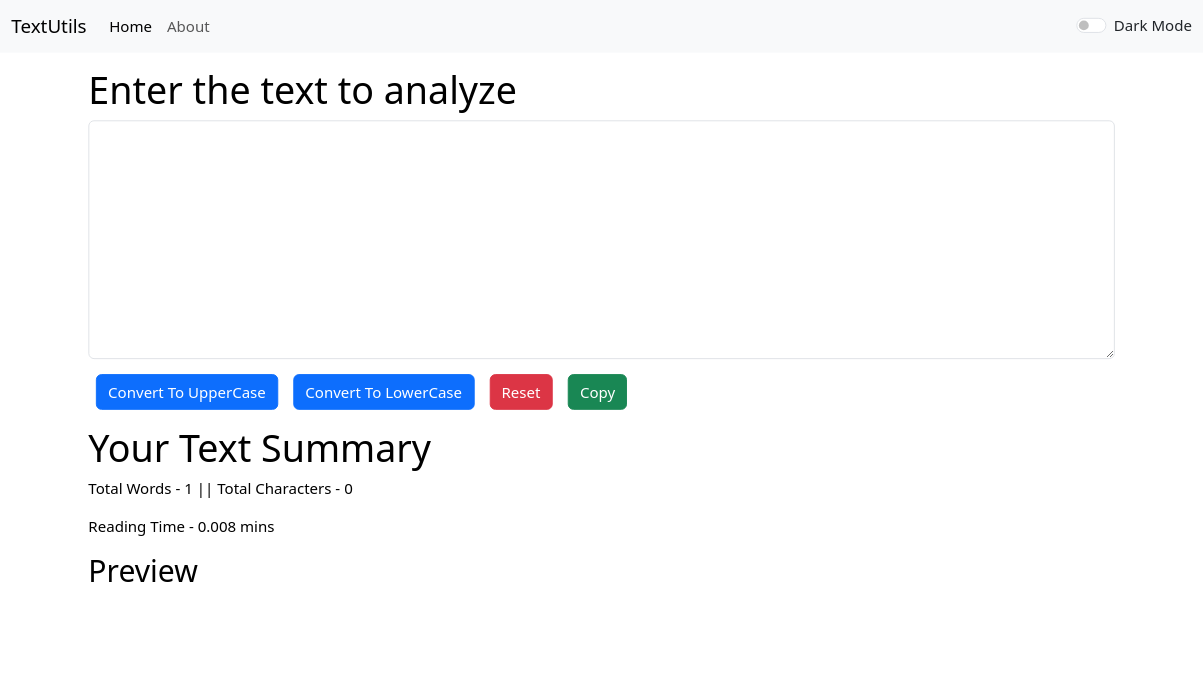
Repository: Rohit-foryou/Text-Utils
Page: /
An editor plug-in stored every save of this project. The page is shown before and after the next save, followed by the edit.
The browser window is 1280 px wide. The pictures show the whole page, at 94% of full size.
The project was rebuilt for these pictures with package versions that can differ from the ones it lists, and the page was loaded fresh each time. A package was used in the major version that the imports need, not the one package.json lists. Also part of the build but not shown: src/index.css, src/App.css.

Above is the page before, as saved 2023-12-21 14:48:30.

### public/index.html
<!DOCTYPE html>
<html lang="en">
  <head>
    <meta charset="utf-8" />
    <link rel="icon" href="%PUBLIC_URL%/favicon.ico" />
    <meta name="viewport" content="width=device-width, initial-scale=1" />
    <meta name="theme-color" content="#000000" />
    <meta
      name="description"
      content="TextUtils is a utility which can be used to manipulate your text the way you want"
    />
    <link rel="apple-touch-icon" href="%PUBLIC_URL%/favicon.png" />
    <link rel="manifest" href="%PUBLIC_URL%/manifest.json" />

    <!-- Bootstrap CSS -->
    <link href="https://cdn.jsdelivr.net/npm/bootstrap@5.3.2/dist/css/bootstrap.min.css" rel="stylesheet" integrity="sha384-T3c6CoIi6uLrA9TneNEoa7RxnatzjcDSCmG1MXxSR1GAsXEV/Dwwykc2MPK8M2HN" crossorigin="anonymous">

    <title>Text Utils</title>
  </head>
  <body>
    <noscript>You need to enable JavaScript to run this app.</noscript>
    <div id="root"></div>

    <script src="https://cdn.jsdelivr.net/npm/bootstrap@5.3.2/dist/js/bootstrap.bundle.min.js" integrity="sha384-C6RzsynM9kWDrMNeT87bh95OGNyZPhcTNXj1NW7RuBCsyN/o0jlpcV8Qyq46cDfL" crossorigin="anonymous"></script>
  </body>
</html>

### src/App.js
import "./App.css";
// import About from "./components/About";
import Navbar from "./components/Navbar";
import TextForm from "./components/TextForm";
import React, {useState} from "react";


function App() {
  const [mode, setMode] = useState('light');
  const toggleMode = ()=>{
      if(mode === 'light'){
        setMode('dark');
        document.body.style.backgroundColor = '#042743';
      }
      else{
        setMode('light');
        document.body.style.backgroundColor = 'white';
      }
  }
  return (
    <>
      <Navbar title = "TextUtils" aboutText = "About" mode={mode} toggleMode = {toggleMode}/>
      <div className="container my-3">
      <TextForm heading = "Enter the text to analyze" mode={mode}/>
      {/* <About/> */}
      </div>
    </>
  );
}

export default App;

### src/components/Navbar.js
import React from 'react'
import PropTypes from 'prop-types'


export default function Navbar(props) {
  return (
    <nav className={`navbar navbar-expand-lg navbar-${props.mode} bg-${props.mode}`}>
        <div className="container-fluid">
          <a className="navbar-brand" href="/">{props.title}</a>
          <button className="navbar-toggler" type="button" data-bs-toggle="collapse" data-bs-target="#navbarSupportedContent" aria-controls="navbarSupportedContent" aria-expanded="false" aria-label="Toggle navigation">
            <span className="navbar-toggler-icon"></span>
          </button>
          <div className="collapse navbar-collapse" id="navbarSupportedContent">
            <ul className="navbar-nav me-auto mb-2 mb-lg-0">
              <li className="nav-item">
                <a className="nav-link active" aria-current="page" href="/">Home</a>
              </li>
              <li className="nav-item">
                <a className="nav-link" href="/">{props.aboutText}</a>
              </li>
            </ul>
            {/* <form className="d-flex" role="search">
              <input className="form-control me-2" type="search" placeholder="Search" aria-label="Search"/>
              <button className="btn btn-primary" type="submit">Search</button>
            </form> */}
              <div className={`form-check form-switch text-${props.mode==='light'?'dark':'light'}`}>
              <input className="form-check-input" onClick={props.toggleMode} type="checkbox" role="switch" id="flexSwitchCheckDefault"/>
              <label className="form-check-label" htmlFor="flexSwitchCheckDefault">Dark Mode</label>
            </div>
          </div>
        </div>
      </nav>
  )
}

Navbar.propTypes = {title: PropTypes.string.isRequired,
                     AboutText: PropTypes.string}

// Navbar.defaultProps = {
//     title: 'write title',
//     aboutText: 'About',
// }

### src/components/TextForm.js
import React, {useState} from 'react'


export default function TextForm(props) {
  const handleUpClick = ()=>{
      // console.log("uppercase is clicked" + text)
      let newText =  text.toUpperCase();
      setText(newText)
  }
  const handleLowClick = ()=>{
      let newText =  text.toLowerCase();
      setText(newText)
  }
  const handleClearClick = ()=>{
      let newText =  '';
      setText(newText)
  }
  const handleCopyClick = () => {
    var text = document.getElementById("myBox");
    text.select();
    navigator.clipboard.writeText(text.value)
  };
  const handleOnChange = (event)=>{
      // console.log("On change")
      setText(event.target.value)
  }
  const [text, setText] = useState('');
  return (
    <>
    <div className='container' style={{color: props.mode==='dark'?'white':'black'}}>
        <h1>{props.heading}</h1>
        <div className="mb-3">
        <textarea className="form-control" value = {text} onChange={handleOnChange} style={{backgroundColor: props.mode==='dark'?'grey':'white', color: props.mode==='dark'?'white':'#042743' }} id="myBox" rows="10"></textarea>
        </div>
        <button className="btn btn-primary


        mx-2" onClick={handleUpClick}>Convert To UpperCase</button>
        <button className="btn btn-primary


        mx-2" onClick={handleLowClick}>Convert To LowerCase</button>
        <button className="btn btn-danger mx-2" onClick={handleClearClick}>Reset</button>
        <button className="btn btn-success mx-2" onClick={handleCopyClick}>Copy</button>
    </div>
    <div className="container my-3" style={{color: props.mode==='dark'?'white':'black'}}>
      <h1>Your Text Summary</h1>
      <p>Total Words - {text.split(" ").length} ||  Total Characters - {text.length}</p>
      <p>Reading Time - {0.008*text.split(" ").length} mins  </p>
      <h2>Preview</h2>
      <p>{text}</p>
    </div>
    </>
  )
}

### src/components/About.js
import React, { useState } from 'react'

export default function About() {

    const [myStyle, setMyStyle] = useState({
        color: 'black',
        backgroundColor: 'white'
    });

    const [btntext, setBtnText] = useState("Enable Dark Mode");

    const toggleStyle = ()=>{
        if(myStyle.color === 'black'){
            setMyStyle({
                color: 'white',
                backgroundColor: 'black'
            })
            setBtnText("Enable Light Mode")
        }
        else{
            setMyStyle({
                color: 'black',
                backgroundColor: 'white'
            })
            setBtnText("Enable Dark Mode")
        }
    }

  return (
    <div className='container' style={myStyle}>
        <h1 className = "my-3">About Us</h1>
      <div className="accordion" id="accordionExample" style={myStyle}>
            <div className="accordion-item">
                <h2 className="accordion-header">
                <button className="accordion-button" type="button"  style={myStyle} data-bs-toggle="collapse" data-bs-target="#collapseOne" aria-expanded="true" aria-controls="collapseOne">
                    Accordion Item #1
                </button>
                </h2>
                <div id="collapseOne" className="accordion-collapse collapse show" data-bs-parent="#accordionExample">
                <div className="accordion-body" style={myStyle}>
                    <strong>This is the first item's accordion body.</strong> It is shown by default, until the collapse plugin adds the appropriate classes that we use to style each element. These classes control the overall appearance, as well as the showing and hiding via CSS transitions. You can modify any of this with custom CSS or overriding our default variables. It's also worth noting that just about any HTML can go within the <code>.accordion-body</code>, though the transition does limit overflow.
                </div>
                </div>
            </div>
            <div className="accordion-item">
                <h2 className="accordion-header">
                <button className="accordion-button collapsed"  style={myStyle} type="button" data-bs-toggle="collapse" data-bs-target="#collapseTwo" aria-expanded="false" aria-controls="collapseTwo">
                    Accordion Item #2
                </button>
                </h2>
                <div id="collapseTwo" className="accordion-collapse collapse" data-bs-parent="#accordionExample">
                <div className="accordion-body" style={myStyle}>
                    <strong>This is the second item's accordion body.</strong> It is hidden by default, until the collapse plugin adds the appropriate classes that we use to style each element. These classes control the overall appearance, as well as the showing and hiding via CSS transitions. You can modify any of this with custom CSS or overriding our default variables. It's also worth noting that just about any HTML can go within the <code>.accordion-body</code>, though the transition does limit overflow.
                </div>
                </div>
            </div>
            <div className="accordion-item">
                <h2 className="accordion-header">
                <button className="accordion-button collapsed"  style={myStyle} type="button" data-bs-toggle="collapse" data-bs-target="#collapseThree" aria-expanded="false" aria-controls="collapseThree">
                    Accordion Item #3
                </button>
                </h2>
                <div id="collapseThree" className="accordion-collapse collapse"  data-bs-parent="#accordionExample">
                <div className="accordion-body" style={myStyle}>
                    <strong>This is the third item's accordion body.</strong> It is hidden by default, until the collapse plugin adds the appropriate classes that we use to style each element. These classes control the overall appearance, as well as the showing and hiding via CSS transitions. You can modify any of this with custom CSS or overriding our default variables. It's also worth noting that just about any HTML can go within the <code>.accordion-body</code>, though the transition does limit overflow.
                </div>
                </div>
            </div>
        </div>
        <div className="container my-3">
        <button onClick={toggleStyle} type="button" className="btn btn-primary" >{btntext}</button>
        </div>
    </div>
  )
}

Loaded but not shown: src/index.js (common file); src/reportWebVitals.js (common file)

After the next save:
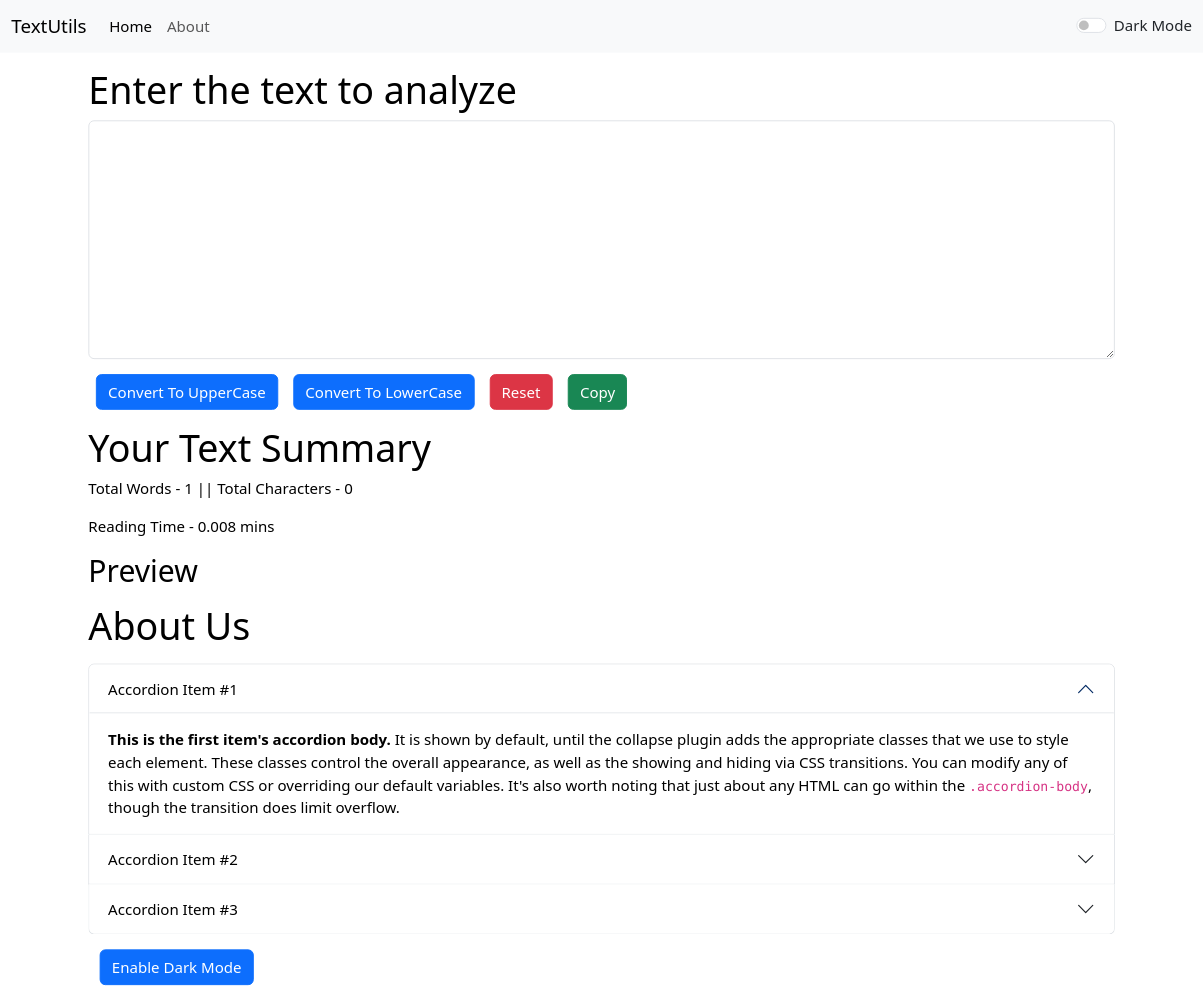
Saved 8 min 3 s later.
--- a/src/App.js
+++ b/src/App.js
@@ -2,7 +2,14 @@
 // import About from "./components/About";
 import Navbar from "./components/Navbar";
 import TextForm from "./components/TextForm";
+import About from "./components/About";
 import React, {useState} from "react";
+import {
+  BrowserRouter as Router,
+  Switch,
+  Route,
+  Link
+} from "react-router-dom";
 
 
 function App() {
@@ -22,7 +29,7 @@
       <Navbar title = "TextUtils" aboutText = "About" mode={mode} toggleMode = {toggleMode}/>
       <div className="container my-3">
       <TextForm heading = "Enter the text to analyze" mode={mode}/>
-      {/* <About/> */}
+      <About/>
       </div>
     </>
   );

After the 2 saves that followed:
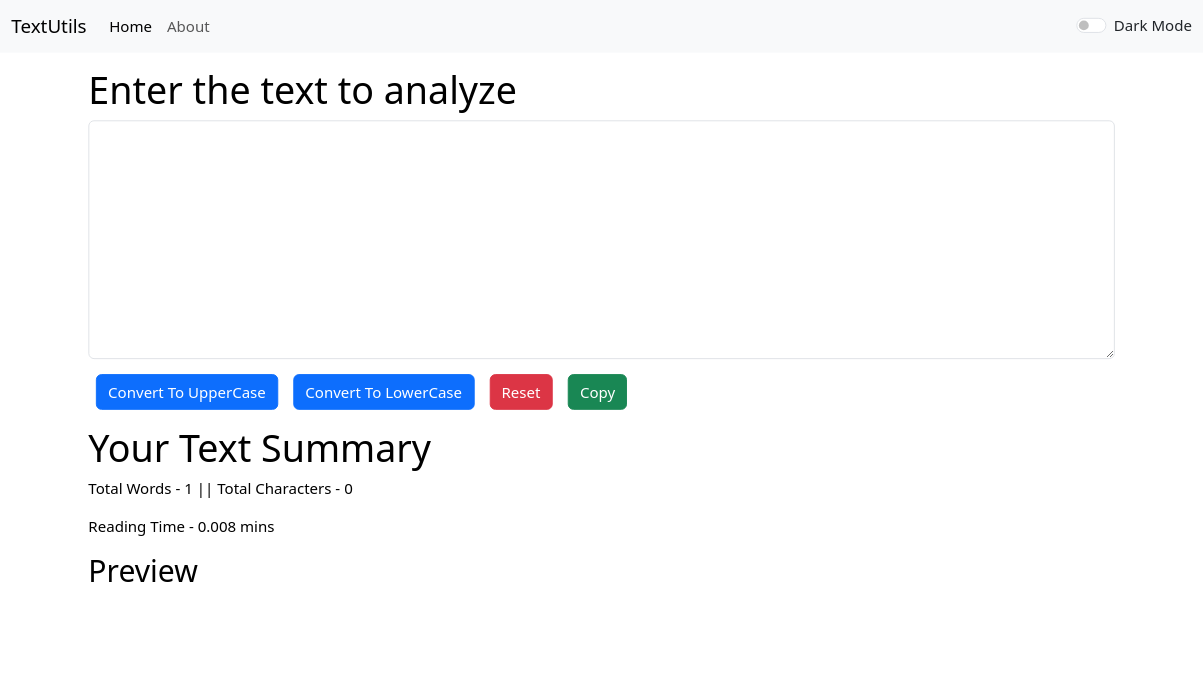
The 2 saves are shown as one change because 1 did not build or start.
The last was saved 4 min 11 s later.
--- a/src/App.js
+++ b/src/App.js
@@ -26,11 +26,20 @@
   }
   return (
     <>
+      <Router>
       <Navbar title = "TextUtils" aboutText = "About" mode={mode} toggleMode = {toggleMode}/>
       <div className="container my-3">
-      <TextForm heading = "Enter the text to analyze" mode={mode}/>
-      <About/>
+      <Switch>
+          <Route path="/about">
+            <About />
+          </Route>
+
+          <Route path="/">
+            <TextForm heading = "Enter the text to analyze" mode={mode}/>
+          </Route>
+      </Switch>
       </div>
+      </Router>
     </>
   );
 }
